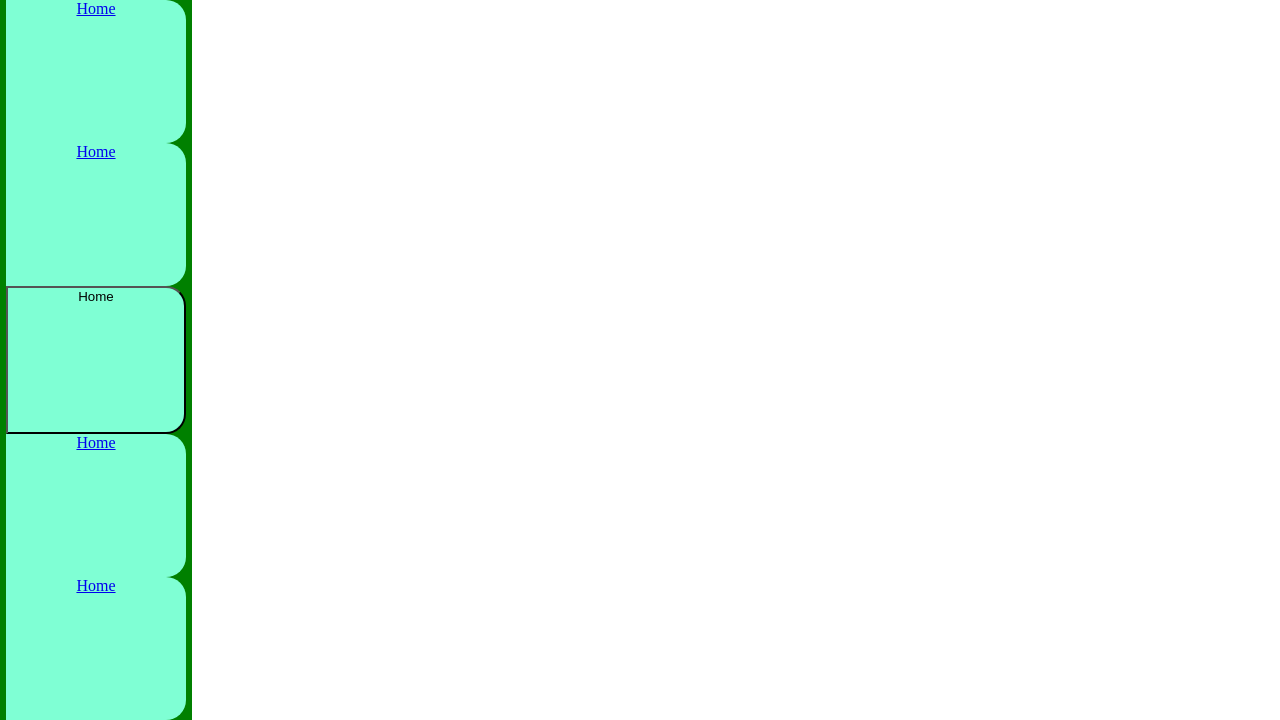
Repository: Tahaa2t/Researchers
Page: /
These files come from the project's save history. The page is drawn as it stood at one moment and after the next save; the edit follows.
The browser window is 1280 px wide. The pictures show the whole page.
The project was rebuilt for these pictures with package versions that can differ from the ones it lists, and the page was loaded fresh each time. Also part of the build but not shown: src/Components/loginform.js, src/Components/HomePage.js.

Above is the page before, as saved 2023-07-05 20:58:28.

### src/App.js
import { BrowserRouter, Routes, Route } from "react-router-dom";
import "./App.css"
import LoginForm from "./Components/loginform"
import HomePage from "./Components/HomePage";
import Navbar from "./Components/Navbar";

// color pallet
// #3aa6b9
// #D0E8E1
// #348472


function App() {



  return (
    <div className="App">

      {/* <LoginForm /> */}
      <Navbar />
      {/* <BrowserRouter>
        <Routes>
          <Route path="/" Component={<LoginForm />} />
          <Route path="/home" Component={<HomePage />} />
        </Routes>
      </BrowserRouter> */}
    </div>
  );
}

export default App;

### src/Components/Navbar.js
import React, { useState } from "react";
import { useNavigate } from 'react-router-dom';
import axios from 'axios';
import "./css/navbarstyle.css";

const Navbar = () => {
  return (
    <div className="navbar-boundry">
      <nav className="nav-setting">
        <a className="btn home-btn" href="/#">
          Home
        </a>
        <a className="btn home-btn" href="/#">
          Home
        </a>
        <button className="btn home-btn" >
          Home
        </button>
        <a className="btn home-btn" href="/#">
          Home
        </a>
        <a className="btn home-btn" href="/#">
          Home
        </a>

      </nav>





    </div>
  )
}

export default Navbar

### src/Components/css/loginstyle.css
@import url('https://fonts.googleapis.com/css?family=Josefin+Sans');


/* notes

---centering something---
display: flex;
  justify-content: center;
  align-items: center;



--- neechay ya uper se qareeb krna ho tou---
.check-btn {
  position: relative;
  bottom: 3em;
}
*/


* {
  margin: 0;
  box-sizing: border-box;
}

.page {
  background-color: #3aa6b9;
  height: 100vh;
  width: 100%;
  display: flex;
  justify-content: space-around;
  align-items: center;
  font-family: 'Josefin Sans', cursive;
}

.cover {
  background-image: linear-gradient(#D0E8E1, rgba(178, 209, 233, 0));
  width: 50%;
  min-width: 240px;
  max-width: 800px;
  height: 620px;
  position: fixed;
  border-radius: 0.5em;
  display: flex;
  flex: 1 1 200;
  flex-direction: column;
  align-items: center;
  justify-content: space-evenly;
  flex-wrap: wrap;
}

h1 {
  color: rgb(3, 45, 77);
  display: flex;
  flex-wrap: wrap;
}

.user-input {

  display: flex;
  /* flex-direction: column; */
  justify-content: space-evenly;
  width: 80%;
  height: 10%;
  flex-wrap: wrap;
  /* background-color: green; */
}
input[type=text]{
  background-color: rgba(0,0,0,0);
  border-color: #348472;
  border-radius: 8px 8px 8px 8px;
  border-width: 10%;
  border-style: solid;
  display: flex;
  justify-content: space-evenly;
  margin: 8px;
  /* outline-color: rgb(6, 106, 183); */
  height: 44px;
  width: 240px;
  /* bottom: -1.5em; */
}


input[type=password]{
  background-color: rgba(0,0,0,0);
  border-color: #348472;
  border-radius: 8px 8px 8px 8px;
  border-width: 10%;
  border-style: solid;
  display: flex;
  justify-content: space-evenly;
  margin: 8px;
  /* outline-color: rgb(6, 106, 183); */
  height: 44px;
  width: 240px;
  /* position: relative;
  top: -1.5em; */
}

input:focus {
  background-color: #348472;
  opacity: 50%;
}

.line{
  text-decoration: underline;
  color: black;
}

.login-btn {
  appearance: none;
  background-color: rgba(0,0,0,0);
  border-width: 0;
  box-sizing: border-box;
  color: black;
  cursor: pointer;
  display: inline-block;
  font-family: Clarkson,Helvetica,sans-serif;
  font-size: 14px;
  font-weight: 500;
  letter-spacing: 0;
  line-height: 1em;
  margin: 0;
  opacity: 1;
  outline: 0;
  padding: 1.5em 2.2em;
  position: relative;
  text-align: center;
  text-decoration: none;
  text-rendering: geometricprecision;
  text-transform: uppercase;
  transition: opacity 300ms cubic-bezier(.694, 0, 0.335, 1),background-color 100ms cubic-bezier(.694, 0, 0.335, 1),color 100ms cubic-bezier(.694, 0, 0.335, 1);
  user-select: none;
  -webkit-user-select: none;
  touch-action: manipulation;
  vertical-align: baseline;
  white-space: nowrap;
  display: flex;
  justify-content: center;
  align-items: center;
}

.login-btn:before {
  animation: opacityFallbackOut .5s step-end forwards;
  backface-visibility: hidden;
  background-color: #348472;
  opacity: 50%;
  clip-path: polygon(-1% 0, 0 0, -25% 100%, -1% 100%);
  content: "";
  height: 100%;
  left: 0;
  position: absolute;
  top: 0;
  transform: translateZ(0);
  transition: clip-path .5s cubic-bezier(.165, 0.84, 0.44, 1), -webkit-clip-path .5s cubic-bezier(.165, 0.84, 0.44, 1);
  width: 100%;
}

.login-btn:hover:before {
  animation: opacityFallbackIn 0s step-start forwards;
  clip-path: polygon(0 0, 101% 0, 101% 101%, 0 101%);
}

.login-btn:after {
  background-color: #FFFFFF;
}

.login-btn span {
  z-index: 1;
  position: relative;
}


.check-btn input {
  display:inline-block;
  margin-right:10px;
}
.check-btn p {
  display:inline-block;
}



/* use state */
.hide {
  display: none;
}

.login-popup {
  position: absolute;
  width: 40em;
  height: 35em;
  display: flex;
  flex-direction: column;
  align-items: center;
  justify-content: center;
  border-radius: 0.25em;
  outline-color: rgb(3, 58, 101);
  background-color: rgba(0,0,0,0);
  backdrop-filter: blur(5px);
  /* color: rgb(3, 58, 101); */
  bottom: 0;
  transform: scale(1);
  transform: 1.5s;
}

### src/Components/css/navbarstyle.css
* {
  margin: 0;
  box-sizing: border-box;
}

nav {
  width: 15%;
  height: 100%;
  background-color: green;
  display: flex;
  justify-content: center;
  align-items: center;
  flex-direction: column;
  position: fixed;
}
.btn {
  background-color: aquamarine;
  width: 94%;
  text-align: center;
  border-radius: 0px 20px 20px 0px;
  border 3px solid green
  /* height: 10px; */
  margin: 4px;
  display: flex;
  flex: 1;
  justify-content: center;
  align-content: center;
}

/* .btn button {
  background-color: blue;
  border: none;
  border-radius: 8px;
  color: white;
  padding: 20% 20%;
  text-align: center;
  text-decoration: none;
  font-weight: 500;
  display: inline-block;
  font-size: 16px;
  justify-content: space-evenly;
  margin: 2px;

} */

Loaded but not shown: public/index.html (common file); src/index.js (common file); src/reportWebVitals.js (common file); src/App.css (common file)

After the next save:
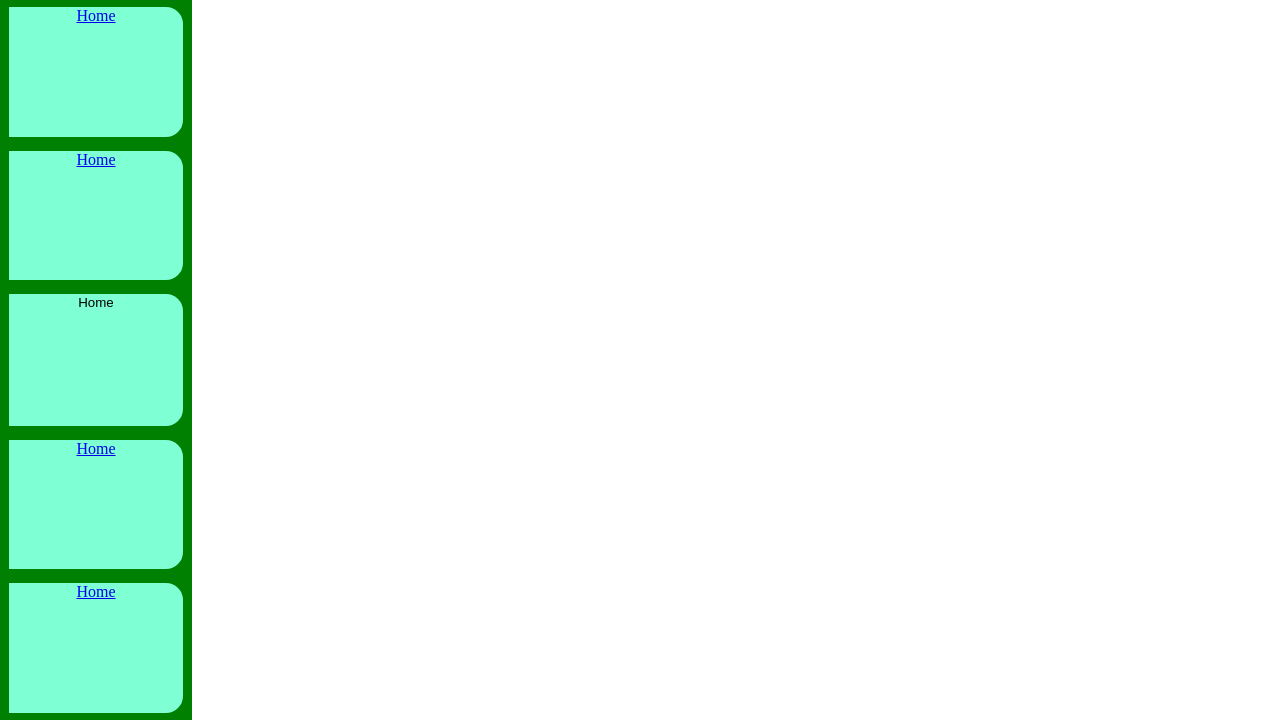
Saved 4 s later.
--- a/src/Components/css/navbarstyle.css
+++ b/src/Components/css/navbarstyle.css
@@ -18,7 +18,7 @@ nav {
   width: 94%;
   text-align: center;
   border-radius: 0px 20px 20px 0px;
-  border 3px solid green
+  border: 3px solid green;
   /* height: 10px; */
   margin: 4px;
   display: flex;
